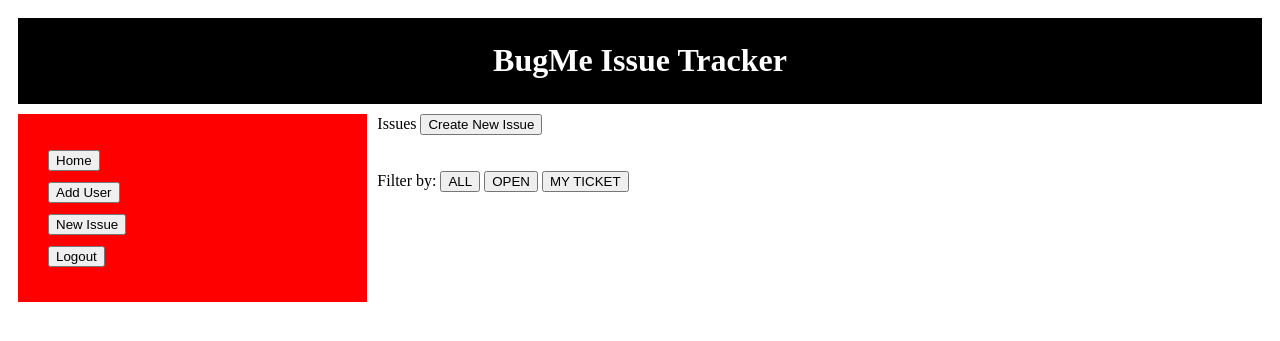
Repository: ranaldo89/info-2180-final-project
Page: index.html
The author's editor kept a record of every edit. The page is drawn from the files as they stood at one moment, then again after the next edit.
The browser window is 1280 px wide. The pictures show the whole page.

Above is the page before.

### index.html
<!DOCTYPE HTML>
<html>

    <head>

        <title>BugMe Issue Tracker</title>

         <link rel="stylesheet" type="text/css" href="style.css" />

    </head>

    <body>

    <div id="myModal" class="modal">

  <div class="modal-content">
  Username:<br>
  <input id="usernameField" type="text" name="username" required>
  <br>
  Password:<br>
  <input id= "passwordField" type="password" name="password" required>
  <br><br>
  <input id="loginButton" type="submit" value="Submit" >
  </div>

</div>

       <div class="grid-container">

           <div class="header">
               <h1>BugMe Issue Tracker</h1>
           </div>

           <div class="menu">
                <button id="home" type="button">Home</button>
                <br>
                <button id="addUser"  type="button">Add User</button>
                <br>
                <button id="addIssue"  type="button">New Issue</button>
                <br>
                <button id="logout"  type="button">Logout</button>
           </div>

           <div id="body" class="body">

               <div id="homeDiv" >
                   Issues
                   <input id="createIssueBtn" type="submit" value="Create New Issue">
                   <br>
                   <br>
                   <br>
                   Filter by: <input id="allBtn" type="submit" value="ALL">
                   <input id="openBtn" type="submit" value="OPEN">
                   <input id="myTicketBtn" type="submit" value="MY TICKET">
                   <div id="issueTable"></div>
               </div>

               <div id="addUserDiv">
                     <h1>New User</h1>
                     First name:<br>
                     <input id="addUserFirstName" type="text" name="firstname" >
                     <br>
                     Last name:<br>
                     <input id="addUserLastName" type="text" name="lastname" >
                     <br>
                     Password:<br>
                     <input id="addUserPassword" type="password" name="password" >
                     <br>
                     Email:<br>
                     <input id="addUserEmail" type="text" name="email" >
                     <br>
                     <br>
                     <input id="addUserSubmit" type="submit" value="Submit">

               </div>

               <div id="addIssueDiv">
                     <h1>New Issue</h1>
                     Title:<br>
                     <input id="addIssueTitle" type="text" name="title">
                     <br>
                     Description:<br>
                     <input id="addIssueDescription" type="text" name="description">
                     <br>
                     Assigned to:<br>
                     <input id="addIssueAssignedTo" type="text" name="assignedto">
                     <br>
                     Type:<br>
                     <input id="addIssueType" type="text" name="type">
                     <br>
                     Priority:<br>
                     <input id="addIssuePriority" type="text" name="priority">
                     <br>
                     <br>
                     <input id="addIssueSubmit" type="submit" value="Submit">
               </div>

           </div>

       </div>

    </body>

      <script src="app.js"></script>

</html>

### style.css
.header {
	grid-area: header;
	display: flex;
	flex-direction: column;
	line-height: 0.1;
	color: white;
	text-align: center;
	background-color: black;
	padding: 20px;
}

.menu {
	grid-area: menu;
	background-color: red;
	line-height: 2;
	padding: 30px;
}

.body {
	grid-area: main;

}

.grid-container {
	display: grid;
	grid-template-areas: 'header header header header ' 'menu main main main ';
	grid-gap: 10px;
	padding: 10px;
}

.modal {
  display: none; /* Hidden by default */
  position: fixed; /* Stay in place */
  z-index: 1; /* Sit on top */
  padding-top: 100px; /* Location of the box */
  left: 0;
  top: 0;
  width: 100%; /* Full width */
  height: 100%; /* Full height */
  overflow: auto; /* Enable scroll if needed */
  background-color: rgb(0,0,0); /* Fallback color */
  background-color: rgba(0,0,0,0.4); /* Black w/ opacity */
}

.modal-content {
  background-color: #fefefe;
  margin: auto;
  padding: 20px;
  border: 1px solid #888;
  width: 80%;
}

/* The Close Button */
.close {
  color: #aaaaaa;
  float: right;
  font-size: 28px;
  font-weight: bold;
}

.close:hover,
.close:focus {
  color: #000;
  text-decoration: none;
  cursor: pointer;
}

### app.js
window.onload = function() {
    var bodyDiv = document.getElementById("body");
    var homeBtn = document.getElementById("home");
    var addUser = document.getElementById("addUser");
    var addIssue = document.getElementById("addIssue");
    var logout = document.getElementById("logout");
    var loginButton = document.getElementById("loginButton");
    var passwordField = document.getElementById("passwordField");
    var usernameField = document.getElementById("usernameField");
    var modal = document.getElementById("myModal");
    var httpRequest = new XMLHttpRequest();
    var url = "/index.php";
    var homeDiv = document.getElementById("homeDiv");
    var addUserDiv = document.getElementById("addUserDiv");
    var addIssueDiv = document.getElementById("addIssueDiv");
    var addUserFirstName=document.getElementById("addUserFirstName");
    var addUserLastName=document.getElementById("addUserLastName");
    var addUserEmail=document.getElementById("addUserEmail");
    var addUserPassword=document.getElementById("addUserPassword");
    var addUserSubmit=document.getElementById("addUserSubmit");
    var addIssueTitle=document.getElementById("addIssueTitle");
    var addIssueDescription=document.getElementById("addIssueDescription");
    var addIssueAssignedTo=document.getElementById("addIssueAssignedTo");
    var addIssueType=document.getElementById("addIssueType");
    var addIssuePriority=document.getElementById("addIssuePriority");
    var addIssueSubmit=document.getElementById("addIssueSubmit");
    var createIssueBtn=document.getElementById("createIssueBtn");
    var allBtn=document.getElementById("allBtn");
    var openBtn=document.getElementById("openBtn");
    var issueTable=document.getElementById("issueTable");
    var myTicketBtn=document.getElementById("myTicketBtn");
    //modal.style.display = "block";
    homeDiv.style.display="block";
    addUserDiv.style.display = "none";
    addIssueDiv.style.display = "none";


    addUserSubmit.addEventListener("click",function() {
            if (httpRequest.readyState === 4 && httpRequest.status === 200) {
                var response = httpRequest.responseText;

            }
        httpRequest.open('GET', url + "?Firstname=" + addUserFirstName.value +
        "&Lastname=" + addUserLastName.value +
        "&Email=" + addUserEmail.value+
        "&Password=" + addUserPassword.value, true);
        httpRequest.send();
        addUserFirstName.value="";
        addUserLastName.value="";
        addUserEmail.value="";
        addUserPassword.value="";
    });

    addIssueSubmit.addEventListener("click",function() {
            if (httpRequest.readyState === 4 && httpRequest.status === 200) {
                var response = httpRequest.responseText;
            }
        httpRequest.open('GET', url + "?title=" + addIssueTitle.value +
        "&description=" + addIssueDescription.value +
        "&assignedto=" + addIssueAssignedTo.value+
        "&type=" + addIssueType.value+
        "&priority=" + addIssuePriority.value, true);
        httpRequest.send();
        addIssueTitle.value="";
        addIssueDescription.value="";
        addIssueAssignedTo.value="";
        addIssueType.value="";
        addIssuePriority.value="";
    });

    loginButton.addEventListener("click", function() {
        httpRequest.onreadystatechange = function() {
            if (httpRequest.readyState === 4 && httpRequest.status === 200) {
                var response = httpRequest.responseText;
                if (response == "true") {
                    modal.style.display = "none";
                }
            }
        };

        httpRequest.open('GET', url + "?email=" + usernameField.value + "&password=" + passwordField.value, true);
        httpRequest.send();

    });

    addUser.addEventListener("click", function() {
                homeDiv.style.display="none";
                addUserDiv.style.display = "block";
                addIssueDiv.style.display = "none";

    });

    homeBtn.addEventListener("click", function() {

                homeDiv.style.display="block";
                addUserDiv.style.display = "none";
                addIssueDiv.style.display = "none";

    });

    createIssueBtn.addEventListener("click", function() {

                homeDiv.style.display="none";
                addUserDiv.style.display = "none";
                addIssueDiv.style.display = "block";

    });

    addIssue.addEventListener("click", function() {

                homeDiv.style.display="none";
                addUserDiv.style.display = "none";
                addIssueDiv.style.display = "block";

    });

    allBtn.addEventListener("click",function() {
        httpRequest.onreadystatechange = function() {
            if (httpRequest.readyState === 4 && httpRequest.status === 200) {
                var response = httpRequest.responseText;
                        issueTable.innerHTML=response;
            }
        };
        httpRequest.open('GET', url + "?display_issues", true);
        console.log(httpRequest);
        httpRequest.send();


    });

    openBtn.addEventListener("click",function() {
        httpRequest.onreadystatechange = function() {
            if (httpRequest.readyState === 4 && httpRequest.status === 200) {
                var response = httpRequest.responseText;
                        issueTable.innerHTML=response;
            }
        };
        httpRequest.open('GET', url + "?display_issues_open", true);
        console.log(httpRequest);
        httpRequest.send();


    });

    myTicketBtn.addEventListener("click",function() {
        httpRequest.onreadystatechange = function() {
            if (httpRequest.readyState === 4 && httpRequest.status === 200) {
                var response = httpRequest.responseText;
                        issueTable.innerHTML=response;
            }
        };
        httpRequest.open('GET', url + "?display_issues_tickets", true);
        console.log(httpRequest);
        httpRequest.send();


    });

    logout.addEventListener("click", function() {
        httpRequest.onreadystatechange = function() {
            if (httpRequest.readyState === 4 && httpRequest.status === 200) {
                var response = httpRequest.responseText;
            }
        };
        httpRequest.open('GET', url + "?logout", true);
        console.log(httpRequest);
        httpRequest.send();
        modal.style.display = "block";
    });

}

After the next edit:
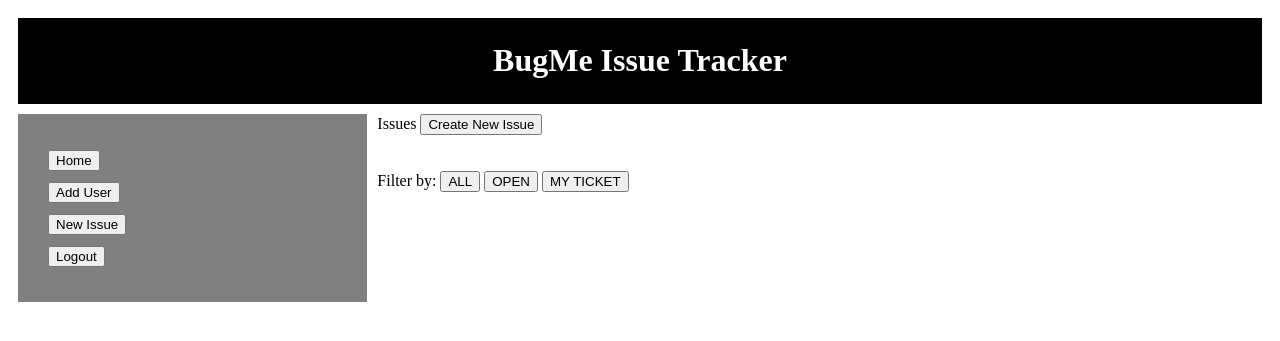
The edit:
--- a/style.css
+++ b/style.css
@@ -11,7 +11,7 @@
 
 .menu {
 	grid-area: menu;
-	background-color: red;
+	background-color: gray;
 	line-height: 2;
 	padding: 30px;
 }
